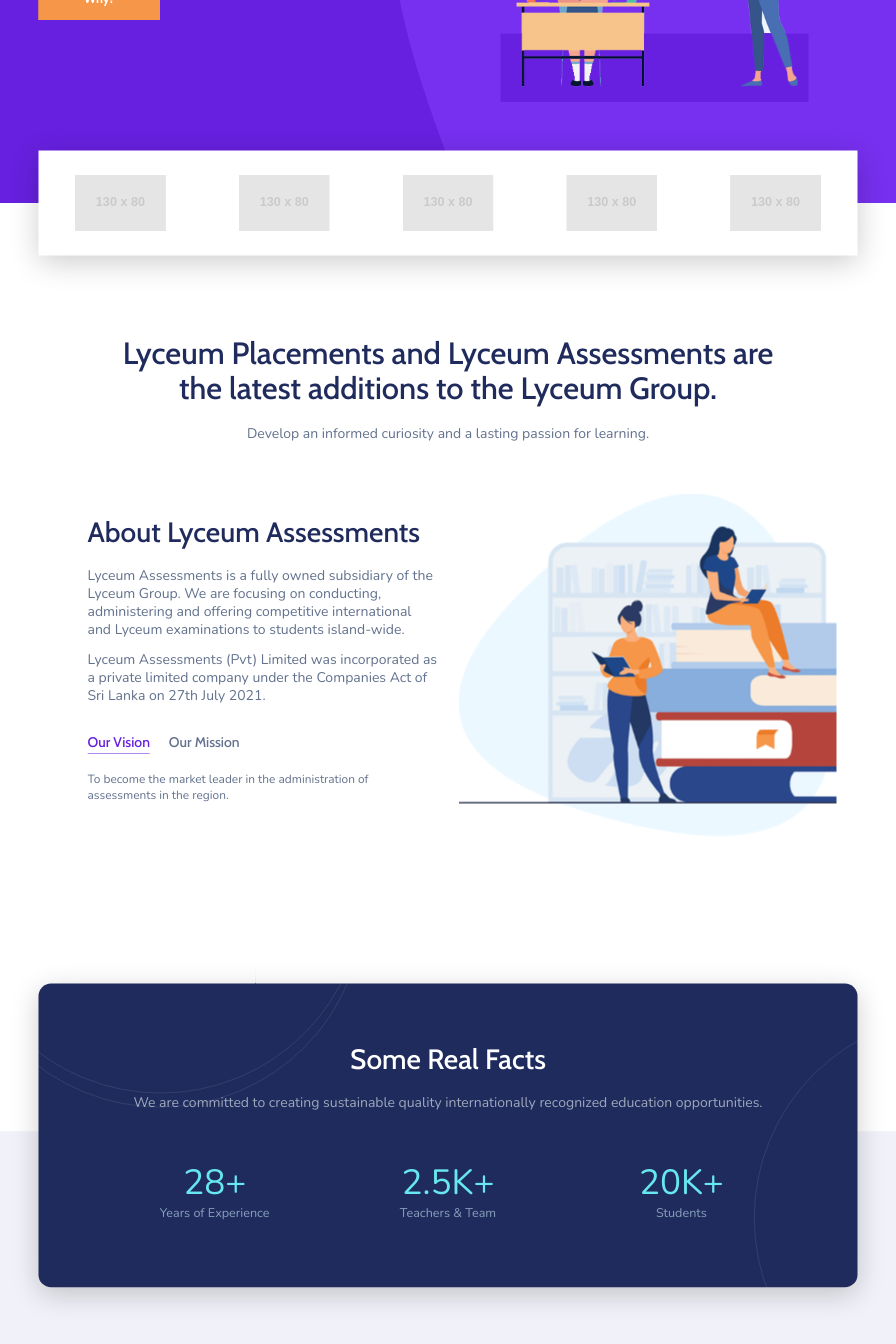
Repository: AXUSLK/LyceumAssessments-HTML
Page: index.html
An editor plug-in stored every save of this project. The page is shown before and after the next save, followed by the edit.
The browser window is 1280 px wide. The pictures show the part of the page from y = 510 to 2430 px (the page is 5821 px tall before and 5596 px after), at 70% of full size.
Backgrounds fixed to the window are drawn as part of the page. Some web libraries are served in a nearby version.

Above is the page before, as saved 2022-01-30 23:12:31.

After the next save:
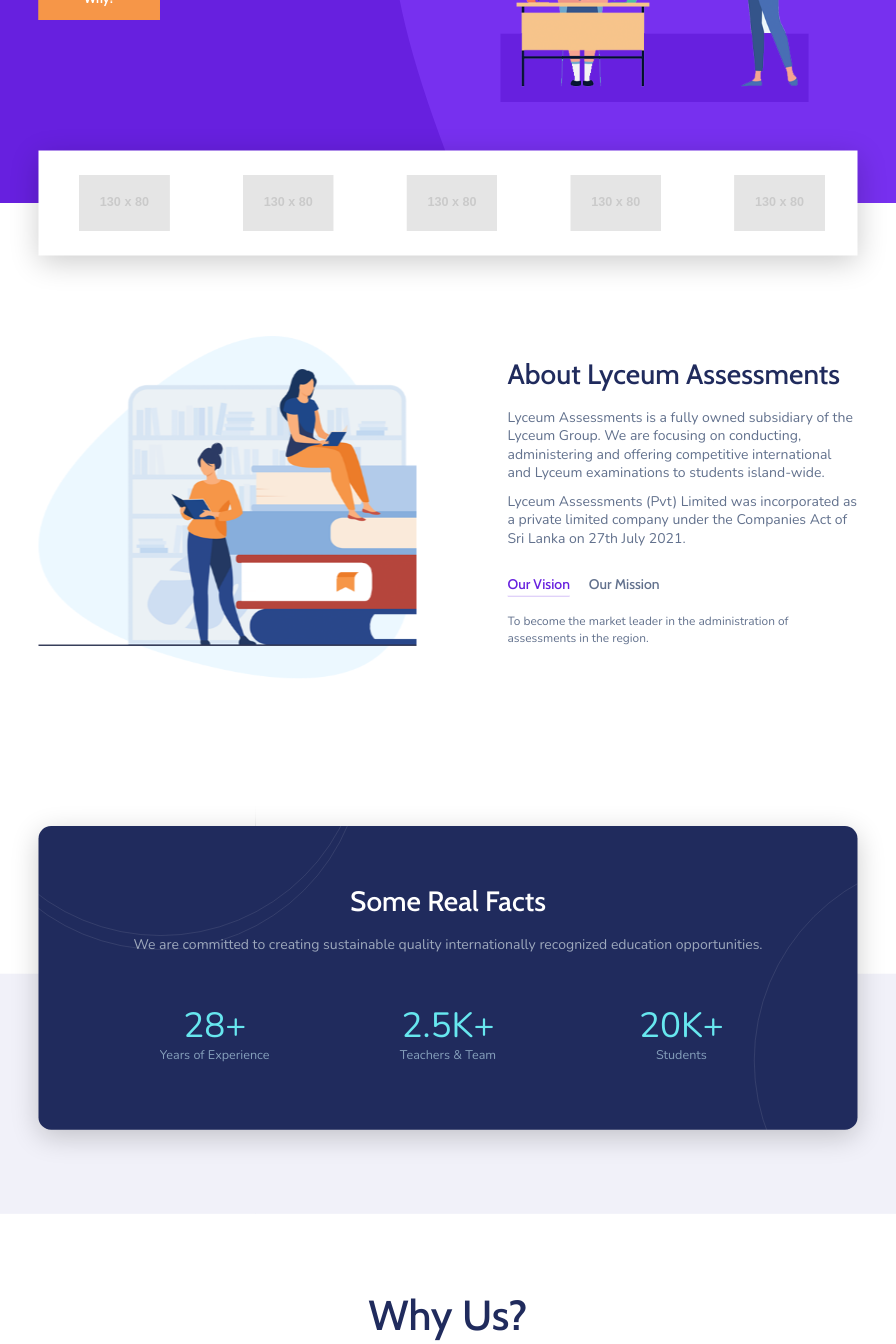
Saved 14 h 9 min later.
--- a/index.html
+++ b/index.html
@@ -223,18 +223,6 @@
 				<!-- featureBlock -->
 				<section class="featureBlock pt-8 pb-8 pt-md-13 pb-md-13 pt-lg-19 pb-lg-20 pt-xl-23 pb-xl-24">
 					<div class="container">
-						<div class="row">
-							<div class="col-12 col-lg-10 offset-lg-1">
-								<!-- headingHead -->
-								<header
-									class="headingHead textMedium text-center mb-8 mb-lg-10 mb-xl-14 wow bounceInUp">
-									<h2 class="mb-5">Lyceum Placements and Lyceum Assessments are the latest additions
-										to the Lyceum Group.
-									</h2>
-									<p>Develop an informed curiosity and a lasting passion for learning.</p>
-								</header>
-							</div>
-						</div>
 						<!-- afColumn -->
 						<article class="afColumn mb-7 mb-md-11 mb-lg-18">
 							<div class="row align-items-center">
